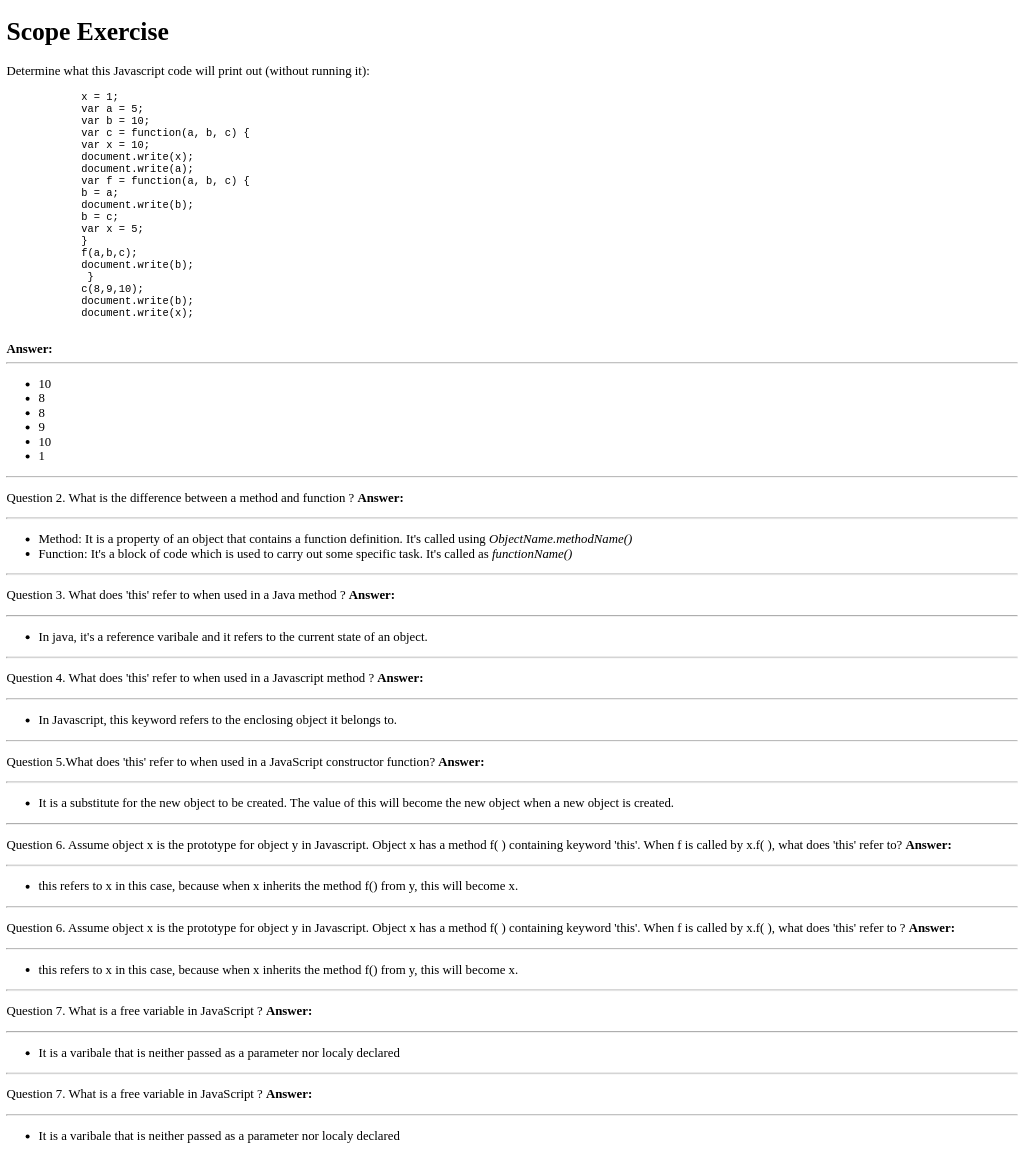
Repository: bethelbahiru/WAP
Page: Homework3/scope.html
These files come from the project's save history. The page is drawn as it stood at one moment and after the next save; the edit follows.
The browser window is 1280 px wide. The pictures show the whole page, at 80% of full size.

Above is the page before, as saved 2022-01-18 17:08:59.

After the next save:
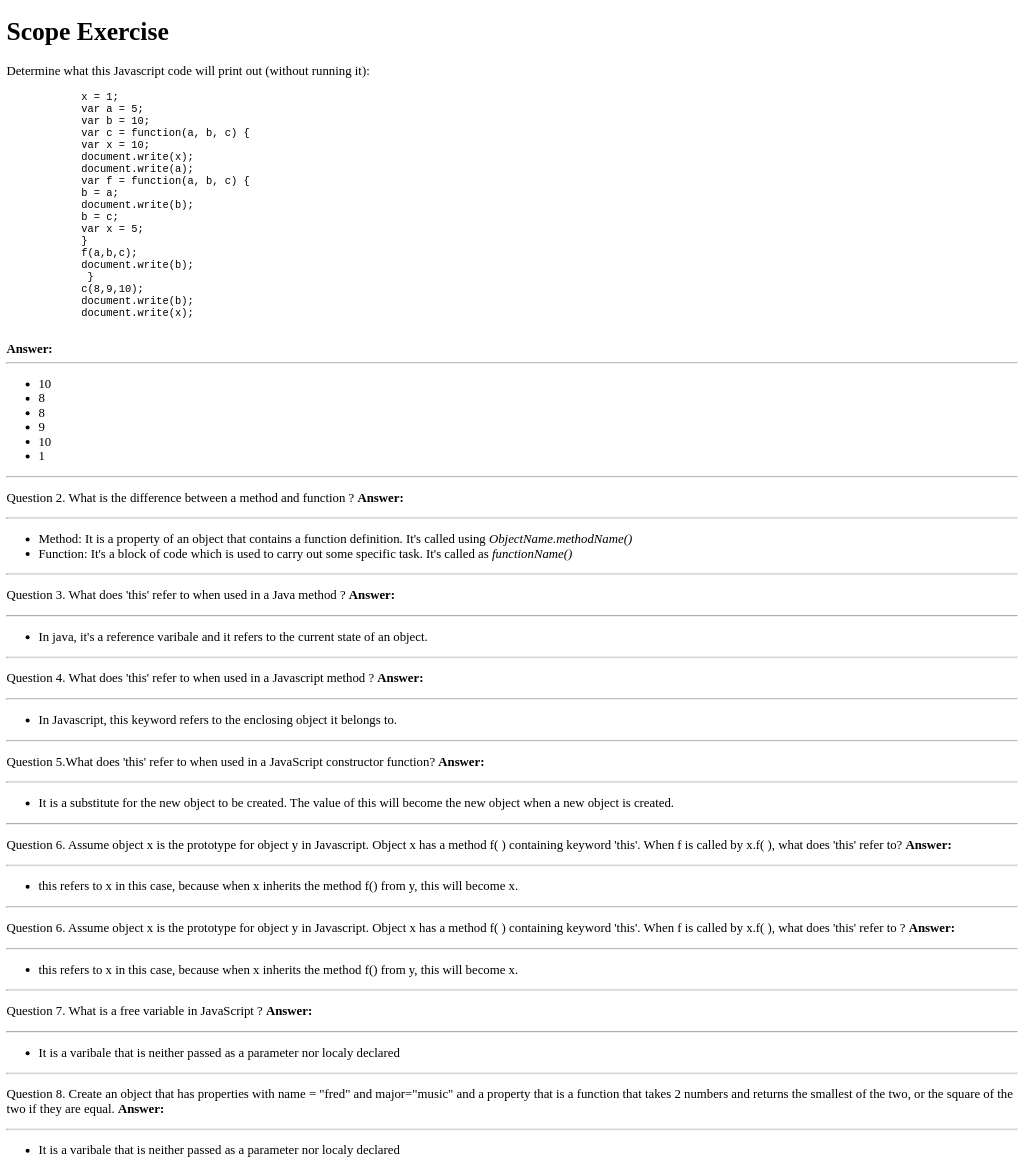
Saved 7 s later.
--- a/Homework3/scope.html
+++ b/Homework3/scope.html
@@ -103,7 +103,8 @@
         </ul>
     </p>
     <hr>
-    <p>Question 7. What is a free variable in JavaScript ?
+    <p>Question 8. Create an object that has properties with name = "fred" and major="music" and a property that is a function
+        that takes 2 numbers and returns the smallest of the two, or the square of the two if they are equal.
         <strong>Answer:</strong>
         <hr>
         <ul>
